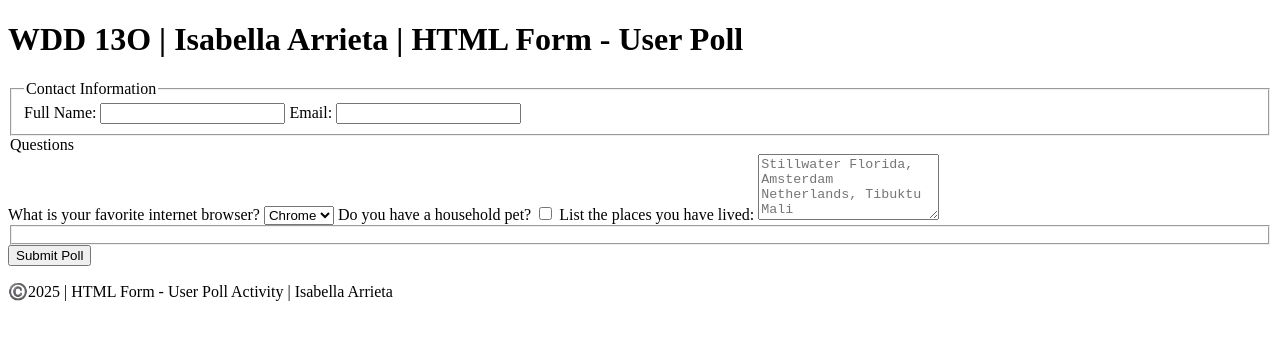
Repository: isaAJ05/wdd130
Page: week05/poll-form.html
These files come from the project's save history. The page is drawn as it stood at one moment and after a run of saves; the edit follows.
The browser window is 1280 px wide. The pictures show the whole page.

Above is the page before, as saved 2025-06-14 18:24:14.

After the next 4 saves:
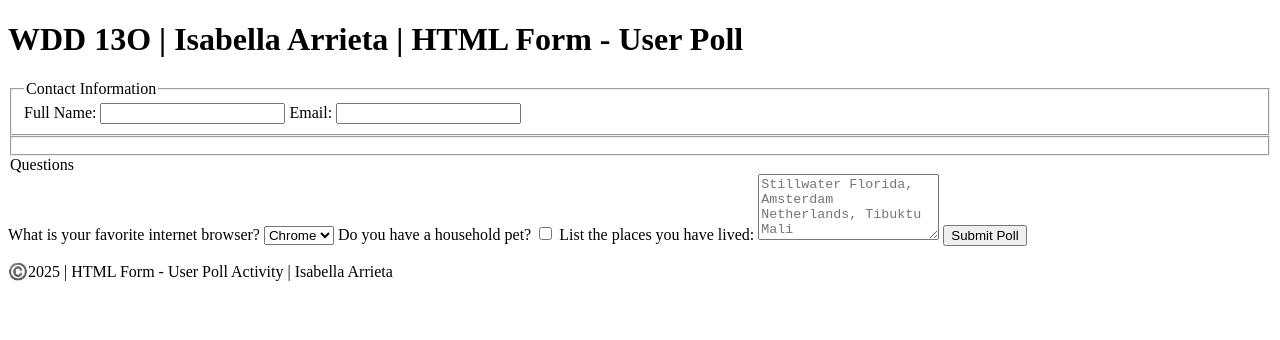
The 4 saves are shown as one change because they came seconds apart.
The last was saved 90 s later.
--- a/week05/poll-form.html
+++ b/week05/poll-form.html
@@ -16,6 +16,9 @@
                 <label>Full Name: <input type="text" name="fullname"></label>
                 <label>Email: <input type="email" id="useremail" name="useremail"></label>
             </fieldset>
+             <fieldset>
+
+             </fieldset>
                 <legend>Questions</legend>
                 <label for="browser">What is your favorite internet browser?</label>
                 <select id="browser" name="browser">
@@ -30,7 +33,7 @@
                 <input type="checkbox" id="pet" name="pet">
                 <label for="feedback">List the places you have lived:</label>
                 <textarea id="feedback" name="feedback" rows="4" placeholder="Stillwater Florida, Amsterdam Netherlands, Tibuktu Mali"></textarea>
-            <fieldset>
+
             </fieldset>
             <button type="submit">Submit Poll</button>
         </form>
